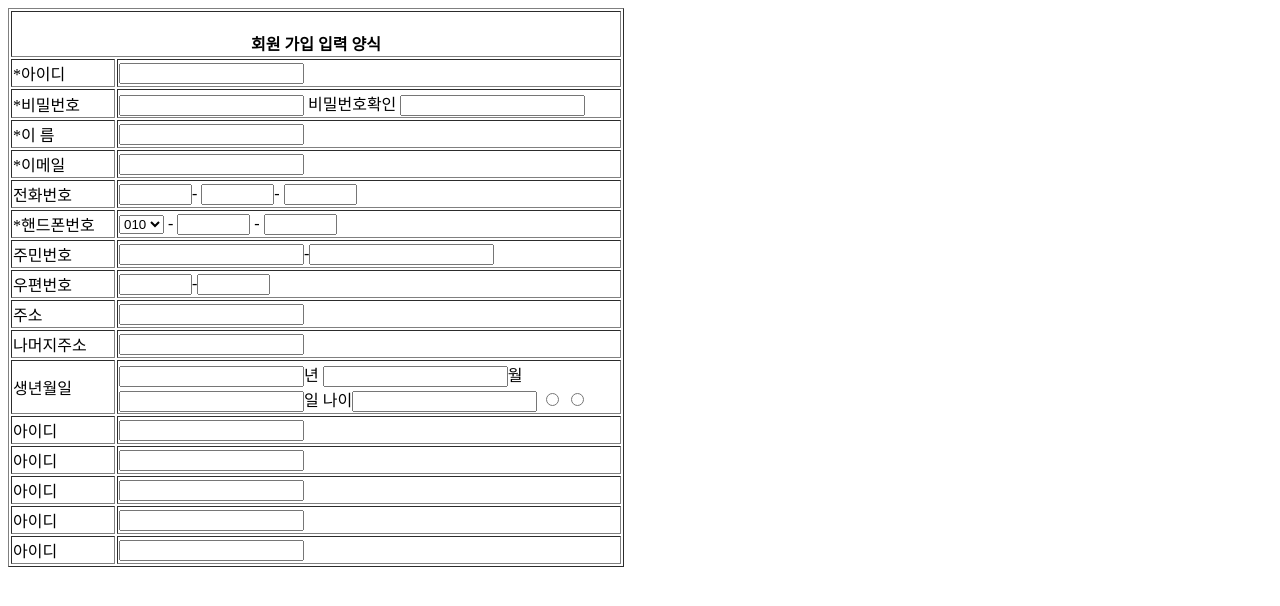
Repository: vkfkstptkd1/WebProgramming
Page: ch3_FormTag/WebContent/In_Form.html
An editor plug-in stored every save of this project. The page is shown before and after the next save, followed by the edit.
The browser window is 1280 px wide. The pictures show the whole page.

Above is the page before, as saved 2021-03-20 04:29:49.

After the next save:
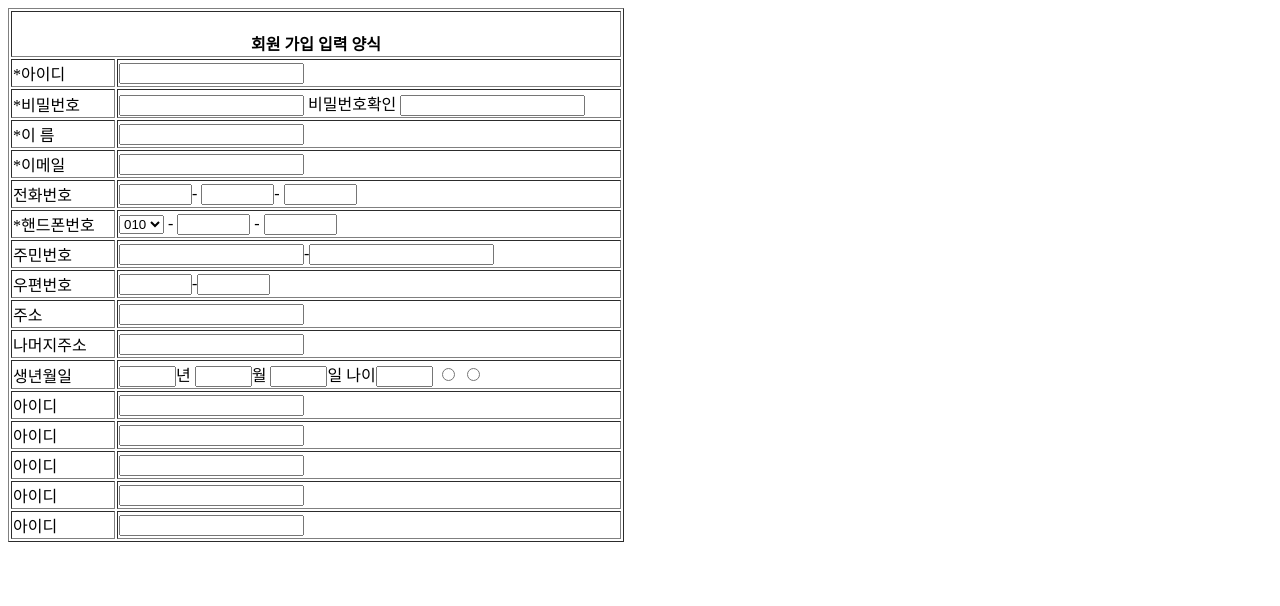
Saved 2 min 33 s later.
--- a/ch3_FormTag/WebContent/In_Form.html
+++ b/ch3_FormTag/WebContent/In_Form.html
@@ -47,16 +47,16 @@
 		<td> <input type="text" name="pn1" size =6>-<input type="text" name="pn2" size=6></td>
 	</tr>
 	<tr><td> 주소</td>
-		<td> <input type="text" name="ad"></td>
+		<td> <input type="text" name="ad" size=></td>
 	</tr>
 	<tr><td> 나머지주소</td>
 		<td> <input type="text" name="remainderad"></td>
 	</tr>
 	<tr><td> 생년월일</td>
-		<td> <input type="text" name="year">년
-			 <input type="text" name="month">월
-			 <input type="text" name="day">일
-			 나이<input type="text" name="age">
+		<td> <input type="text" name="year" size=4>년
+			 <input type="text" name="month" size=4>월
+			 <input type="text" name="day" size=4>일
+			 나이<input type="text" name="age" size=4>
 			 <input type="radio" name="gender" value="남">
 			 <input type="radio" name="gender" value="여">
 		</td>
